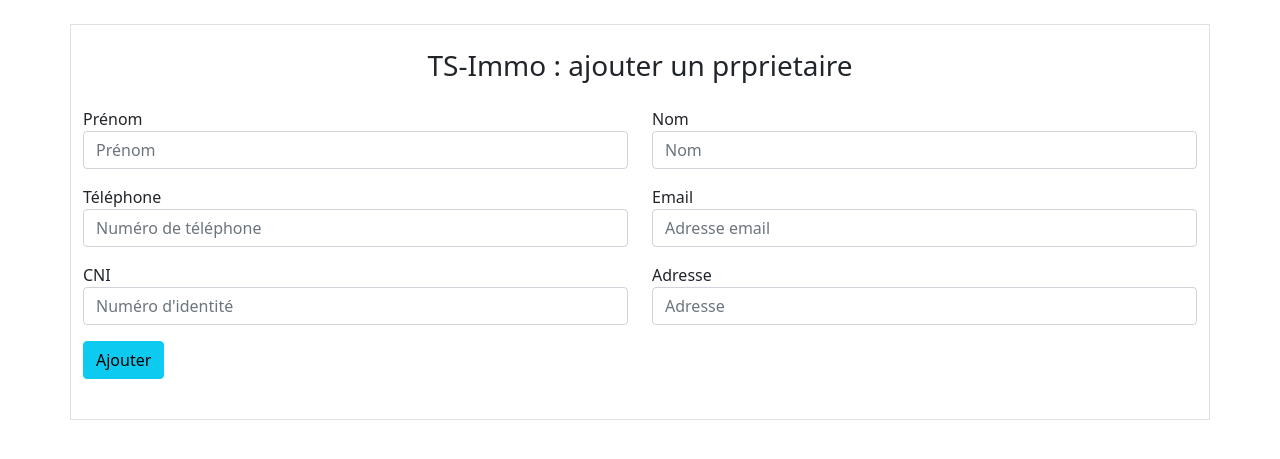
Repository: saliou-t/TS-IMMO
Page: http://localhost/src/views/proprietaire/new.html.php
The author's editor kept a copy of each file at every save. The page is drawn from the files as they stood at one save, then again after a run of saves.
The browser window is 1280 px wide. The pictures show the whole page.
The page is run by PHP 8.4 with error messages shown; the project is at /var/www/html/.

Above is the page before, as saved 2022-04-03 14:42:48.

### src/views/proprietaire/new.html.php
<!DOCTYPE html>
<html lang="en">
<head>
    <meta charset="UTF-8">
    <meta http-equiv="X-UA-Compatible" content="IE=edge">
    <meta name="viewport" content="width=device-width, initial-scale=1.0">
    <link href="https://cdn.jsdelivr.net/npm/bootstrap@5.1.3/dist/css/bootstrap.min.css" rel="stylesheet" integrity="sha384-1BmE4kWBq78iYhFldvKuhfTAU6auU8tT94WrHftjDbrCEXSU1oBoqyl2QvZ6jIW3" crossorigin="anonymous">
    <title>Ajouter Proprietaire</title>

</head>
<body>

<div class="container jumbotron">
    <div class="row border py-4 my-4">
        <h3 class="text-center ">TS-Immo : ajouter un prprietaire</h3>
        <form action="" methode="POST">
            <div class="row my-3">
                <div class="col">
                    <label for="Prénom">Prénom</label>
                    <input class="form-control" name ="prenom" type="text" placeholder="Prénom">
                </div>
                <div class="col">
                    <label for="nom">Nom</label>
                    <input class="form-control" name="nom" type="text" placeholder="Nom">
                </div>
            </div>
            <div class="row my-3">
                <div class="col">
                    <label for="telephone">Téléphone</label>
                    <input class="form-control" name="telephone" type="text" placeholder="Numéro de téléphone">
                </div>
                <div class="col">
                    <label for="email">Email</label>
                    <input class="form-control" name="email" type="text" placeholder="Adresse email">
                </div>
            </div>
            <div class="row">
                <div class="col">
                    <label for="cni">CNI</label>
                    <input class="form-control" name="CNI" type="text" placeholder="Numéro d'identité">
                </div>
                <div class="col">
                    <label for="adresse">Adresse</label>
                    <input class="form-control" name="adresse" type="text" placeholder="Adresse">
                </div>
            </div>
            <div class="row my-3">
                <div class="col">
                    <div class="btn btn-info">Ajouter</div>
                </div>
            </div>
        </form>
    </div>
</div>
</body>
</html>

After the next 2 saves:
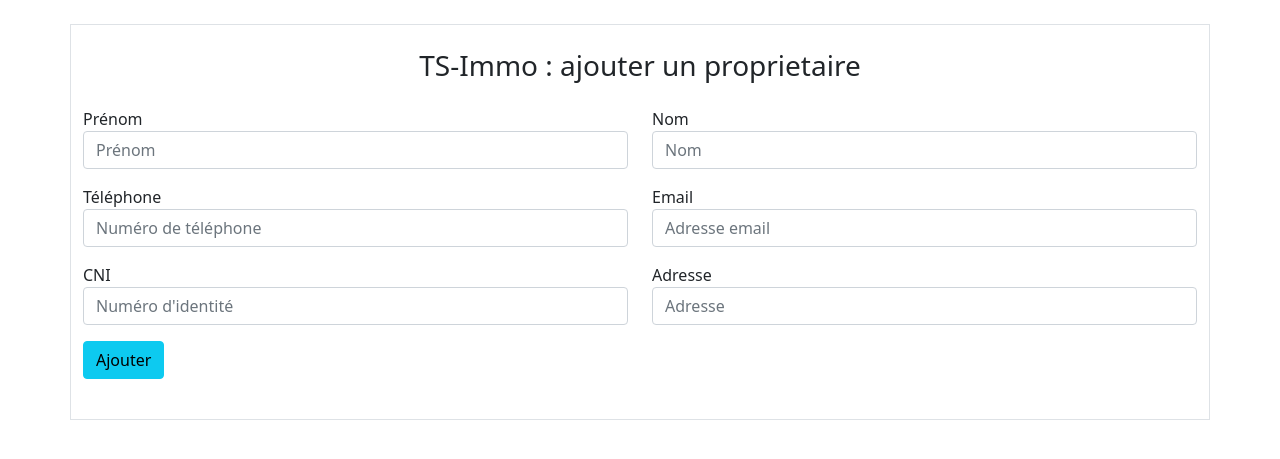
The 2 saves are shown as one change because they came seconds apart.
The last was saved 29 s later.
--- a/src/views/proprietaire/new.html.php
+++ b/src/views/proprietaire/new.html.php
@@ -12,7 +12,7 @@
 
 <div class="container jumbotron">
     <div class="row border py-4 my-4">
-        <h3 class="text-center ">TS-Immo : ajouter un prprietaire</h3>
+        <h3 class="text-center ">TS-Immo : ajouter un proprietaire</h3>
         <form action="" methode="POST">
             <div class="row my-3">
                 <div class="col">
